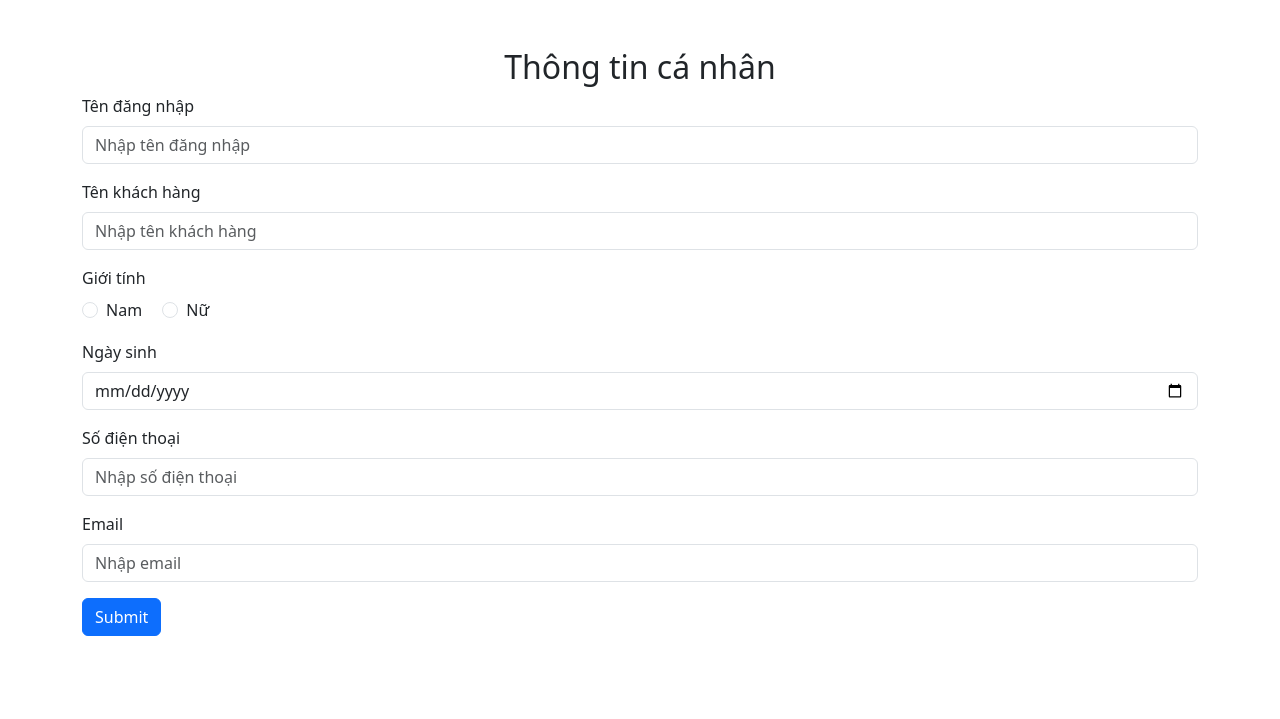
Repository: manhtdxxx/Tour-Booking-Webapp
Page: http://localhost/bookingTour/updateprofile.jsp
These files come from the project's save history. The page is drawn as it stood at one moment and after the next save; the edit follows.
The browser window is 1280 px wide. The pictures show the whole page.
The page is served by Tomcat 9. Other server files are loaded and not shown.

Above is the page before, as saved 2024-11-11 16:20:52.

### bookingTour/src/main/webapp/updateprofile.jsp
<%@ page language="java" contentType="text/html; charset=UTF-8" pageEncoding="UTF-8"%>
<!DOCTYPE html>
<html>
<head>
<title>Thông tin cá nhân</title>
<meta charset="utf-8">
<meta name="viewport" content="width=device-width, initial-scale=1">

<link href="https://cdn.jsdelivr.net/npm/bootstrap@5.3.3/dist/css/bootstrap.min.css"
	rel="stylesheet">
<script src="https://cdn.jsdelivr.net/npm/bootstrap@5.3.3/dist/js/bootstrap.bundle.min.js"></script>
</head>

<body>
	<div class="container mt-5">
		<h2 class="text-center">Thông tin cá nhân</h2>
		<form>
			<div class="mb-3">
				<label for="username" class="form-label">Tên đăng nhập</label> <input type="text"
					class="form-control" id="username" name="username" placeholder="Nhập tên đăng nhập" required>
			</div>
			<div class="mb-3">
				<label for="customerName" class="form-label">Tên khách hàng</label> <input type="text"
					class="form-control" id="customerName" name="customerName" placeholder="Nhập tên khách hàng"
					required>
			</div>
			<div class="mb-3">
				<label class="form-label">Giới tính</label><br>
				<div class="form-check form-check-inline">
					<input class="form-check-input" type="radio" name="gender" id="male" value="male" required>
					<label class="form-check-label" for="male">Nam</label>
				</div>
				<div class="form-check form-check-inline">
					<input class="form-check-input" type="radio" name="gender" id="female" value="female" required>
					<label class="form-check-label" for="female">Nữ</label>
				</div>
			</div>
			<div class="mb-3">
				<label for="dob" class="form-label">Ngày sinh</label> <input type="date" class="form-control"
					id="dob" name="dob" placeholder="Chọn ngày sinh" required>
			</div>
			<div class="mb-3">
				<label for="phone" class="form-label">Số điện thoại</label> <input type="tel"
					class="form-control" id="phone" name="phone" placeholder="Nhập số điện thoại" required>
			</div>
			<div class="mb-3">
				<label for="email" class="form-label">Email</label> <input type="email" class="form-control"
					id="email" name="email" placeholder="Nhập email" required>
			</div>
			<button type="submit" class="btn btn-primary">Submit</button>
		</form>
	</div>
</body>
</html>

After the next save:
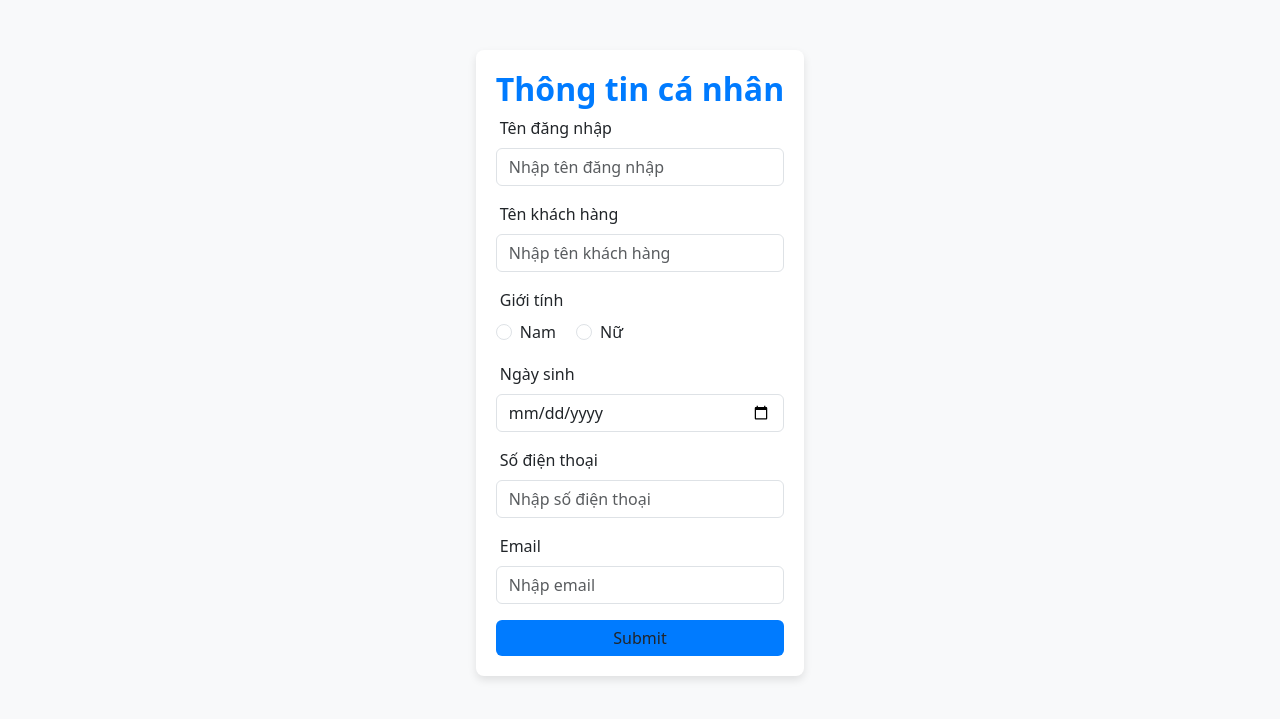
Saved 90 s later.
--- a/bookingTour/src/main/webapp/updateprofile.jsp
+++ b/bookingTour/src/main/webapp/updateprofile.jsp
@@ -9,46 +9,82 @@
 <link href="https://cdn.jsdelivr.net/npm/bootstrap@5.3.3/dist/css/bootstrap.min.css"
 	rel="stylesheet">
 <script src="https://cdn.jsdelivr.net/npm/bootstrap@5.3.3/dist/js/bootstrap.bundle.min.js"></script>
+<style>
+body {
+	background-color: #f8f9fa;
+}
+
+.form-container {
+	max-width: 600px;
+	margin-top: 50px;
+	padding: 20px;
+	background-color: #ffffff;
+	border-radius: 8px;
+	box-shadow: 0px 4px 8px rgba(0, 0, 0, 0.1);
+}
+
+.form-title {
+	font-weight: bold;
+	color: #007bff;
+}
+
+.form-label {
+	font-weight: 500;
+}
+
+.btn-submit {
+	background-color: #007bff;
+	border: none;
+}
+
+.btn-submit:hover {
+	background-color: #0056b3;
+}
+</style>
 </head>
 
 <body>
-	<div class="container mt-5">
-		<h2 class="text-center">Thông tin cá nhân</h2>
-		<form>
-			<div class="mb-3">
-				<label for="username" class="form-label">Tên đăng nhập</label> <input type="text"
-					class="form-control" id="username" name="username" placeholder="Nhập tên đăng nhập" required>
-			</div>
-			<div class="mb-3">
-				<label for="customerName" class="form-label">Tên khách hàng</label> <input type="text"
-					class="form-control" id="customerName" name="customerName" placeholder="Nhập tên khách hàng"
-					required>
-			</div>
-			<div class="mb-3">
-				<label class="form-label">Giới tính</label><br>
-				<div class="form-check form-check-inline">
-					<input class="form-check-input" type="radio" name="gender" id="male" value="male" required>
-					<label class="form-check-label" for="male">Nam</label>
+	<div class="container d-flex justify-content-center">
+		<div class="form-container">
+			<h2 class="text-center form-title">Thông tin cá nhân</h2>
+			<form>
+				<div class="mb-3">
+					<label for="username" class="form-label"><i class="bi bi-person-circle me-1"></i>Tên
+						đăng nhập</label> <input type="text" class="form-control" id="username" name="username"
+						placeholder="Nhập tên đăng nhập" required>
 				</div>
-				<div class="form-check form-check-inline">
-					<input class="form-check-input" type="radio" name="gender" id="female" value="female" required>
-					<label class="form-check-label" for="female">Nữ</label>
+				<div class="mb-3">
+					<label for="customerName" class="form-label"><i class="bi bi-person me-1"></i>Tên khách
+						hàng</label> <input type="text" class="form-control" id="customerName" name="customerName"
+						placeholder="Nhập tên khách hàng" required>
 				</div>
-			</div>
-			<div class="mb-3">
-				<label for="dob" class="form-label">Ngày sinh</label> <input type="date" class="form-control"
-					id="dob" name="dob" placeholder="Chọn ngày sinh" required>
-			</div>
-			<div class="mb-3">
-				<label for="phone" class="form-label">Số điện thoại</label> <input type="tel"
-					class="form-control" id="phone" name="phone" placeholder="Nhập số điện thoại" required>
-			</div>
-			<div class="mb-3">
-				<label for="email" class="form-label">Email</label> <input type="email" class="form-control"
-					id="email" name="email" placeholder="Nhập email" required>
-			</div>
-			<button type="submit" class="btn btn-primary">Submit</button>
-		</form>
+				<div class="mb-3">
+					<label class="form-label"><i class="bi bi-gender-ambiguous me-1"></i>Giới tính</label><br>
+					<div class="form-check form-check-inline">
+						<input class="form-check-input" type="radio" name="gender" id="male" value="male" required>
+						<label class="form-check-label" for="male">Nam</label>
+					</div>
+					<div class="form-check form-check-inline">
+						<input class="form-check-input" type="radio" name="gender" id="female" value="female" required>
+						<label class="form-check-label" for="female">Nữ</label>
+					</div>
+				</div>
+				<div class="mb-3">
+					<label for="dob" class="form-label"><i class="bi bi-calendar-date me-1"></i>Ngày sinh</label> <input
+						type="date" class="form-control" id="dob" name="dob" placeholder="Chọn ngày sinh" required>
+				</div>
+				<div class="mb-3">
+					<label for="phone" class="form-label"><i class="bi bi-telephone me-1"></i>Số điện thoại</label>
+					<input type="tel" class="form-control" id="phone" name="phone" placeholder="Nhập số điện thoại"
+						required>
+				</div>
+				<div class="mb-3">
+					<label for="email" class="form-label"><i class="bi bi-envelope me-1"></i>Email</label> <input
+						type="email" class="form-control" id="email" name="email" placeholder="Nhập email" required>
+				</div>
+				<button type="submit" class="btn btn-submit w-100">Submit</button>
+			</form>
+		</div>
 	</div>
 </body>
 </html>
